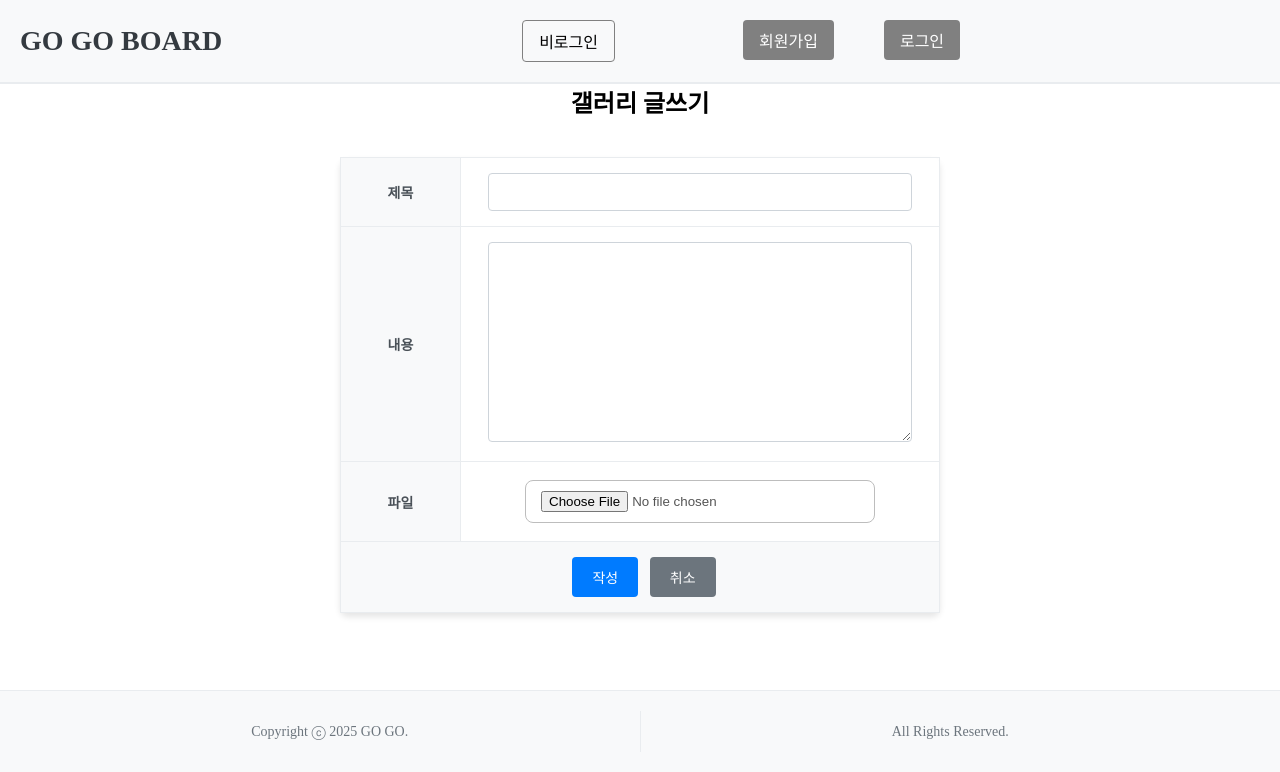
Repository: 1plus1equals3-true/Board-Project
Page: http://localhost/jsp/board/write_gallery.jsp
The author's editor kept a copy of each file at every save. The page is drawn from the files as they stood at one save, then again after the next save.
The browser window is 1280 px wide. The pictures show the whole page.
The page is served by Tomcat 9. Other server files are loaded and not shown.

Above is the page before, as saved 2025-09-24 00:41:41.

### jsp/src/main/webapp/board/write_gallery.jsp
<%@ page language="java" contentType="text/html; charset=UTF-8"
    pageEncoding="UTF-8"%>
<!DOCTYPE html>
<html>
<head>
<meta charset="UTF-8">
<title>갤러리 글쓰기</title>
<style>
*{
	margin: 0 auto;
	padding: 0;
	text-align: center;
	box-sizing: border-box;
}
.write-form table {
    width: 100%;
    border-collapse: collapse;
    font-size: 14px;
    margin: 20px auto;
    max-width: 600px;
    background-color: #fff;
    border: 1px solid #dee2e6;
    border-radius: 8px;
    box-shadow: 0 4px 6px rgba(0, 0, 0, 0.1);
}

.write-form td {
    padding: 15px;
    border: 1px solid #e9ecef;
}

.write-form td:first-child {
    background-color: #f8f9fa;
    font-weight: bold;
    color: #495057;
    text-align: center;
    width: 120px;
}

.write-form input[type="text"],
.write-form textarea {
    width: calc(100% - 24px);
    padding: 10px 12px;
    border: 1px solid #ced4da;
    border-radius: 4px;
    font-size: 14px;
    box-sizing: border-box;
    text-align: left;
}

.write-form textarea {
    height: 200px;
    resize: vertical;
}

.write-form .button-container {
    text-align: right;
}

.write-form input[type="submit"],
.write-form .btn-cancel {
    padding: 10px 20px;
    border: none;
    border-radius: 4px;
    font-size: 14px;
    cursor: pointer;
    transition: background-color 0.3s ease;
    margin-left: 8px;
}

.write-form input[type="submit"] {
    background-color: #007bff;
    color: white;
}

.write-form input[type="submit"]:hover {
    background-color: #0056b3;
}

.write-form .btn-cancel {
    background-color: #6c757d;
    color: white;
}

.write-form .btn-cancel:hover {
    background-color: #5a6268;
}

/* a 태그 안에 button을 넣었을 때 스타일 */
.write-form a {
    text-decoration: none;
}
/* 전체 컨테이너 (div) 스타일 */
.file-container {
  /* 세로 정렬(column) 대신 가로 정렬(row)로 변경 */
  display: flex;
  flex-direction: row;
  align-items: center; /* 세로 중앙 정렬 */
  gap: 5px; /* 요소들 사이의 간격 */

  /* 나머지 디자인 스타일은 그대로 유지 */
  padding: 3px;
  border-radius: 12px;
  background-color: white;
}

/* 파일 입력 필드 스타일 */
.file-container input[type="file"] {
  /* 너비가 너무 넓어지지 않도록 조정 */
  width: 100%;
  max-width: 350px; /* 적절한 너비로 조정하세요 */
  font-family: Arial, sans-serif;
  color: #555;
  border: 1px solid #BDBDBD;
  border-radius: 8px;
  padding: 10px 15px;
}

/* 버튼 스타일 */
.file-container button {
  padding: 10px 18px;
  font-family: Arial, sans-serif;
  font-size: 14px;
  color: #555;
  background-color: #E0E0E0;
  border: none;
  border-radius: 8px;
  cursor: pointer;
  transition: background-color 0.3s ease;
  width: fit-content;
}

/* 호버 효과 */
.file-container button:hover {
  background-color: #BDBDBD;
}
</style>
</head>
<body>
<%@ include file="op_top.jsp" %>
<section class="min-height">
<h1>갤러리 글쓰기</h1><br>
<form action="../board_proc/write_gallery_proc.jsp" method="post" enctype="multipart/form-data" class="write-form">
	<table>

		<tr>
			<td>제목</td>
			<td><input type="text" name="writetitle"></td>
		</tr>

		<tr>
			<td>내용</td>
			<td>
				<textarea class="text" name="writetext"></textarea>
			</td>
		</tr>

		<tr>
			<td>파일</td>
			<td>

				<div id="file_container_0" class="file-container">
					<input type="file" name="upfile_0" id="upfile_0" accept=".gif, .jpg, .png">
				</div>

			</td>
		</tr>

		<tr>
			<td colspan="2">
				<input type="submit" value="작성">
				<button type="button" class="btn-cancel" onclick="history.back()">취소</button>
			</td>
		</tr>

	</table>
</form>
</section>
<%@ include file="op_bot.jsp" %>


<script>
document.addEventListener('DOMContentLoaded', () => {
    const fileArea = document.querySelector('.write-form tbody tr:nth-child(3) td:nth-child(2)');
    let fileIndex = 0;
    const file_limit = 10 +1; // 파일 업로드 제한 수

    // 초기 파일 입력 필드에 이벤트 리스너를 즉시 연결
    addEventListenersToFileInput(document.getElementById('upfile_0'));

    // 파일 입력 필드에 이벤트 리스너를 추가하는 함수
    function addEventListenersToFileInput(inputElement) {
        inputElement.addEventListener('change', handleFileChange);
    }

    // 파일 변경 이벤트 핸들러
    function handleFileChange(event) {
        const currentInput = event.target;
        const container = currentInput.closest('.file-container');
        const allInputs = fileArea.querySelectorAll('input[type="file"]');

        if (!container) return;

        // 현재 파일의 개수 확인
        if (currentInput.files.length > 0) {
            // 전체 파일 입력 필드의 개수가 n개 이상이면
            if (allInputs.length >= file_limit) {
                // 경고창을 띄우고
                alert('더 이상 파일을 업로드할 수 없습니다. (최대 '+(file_limit-1)+'개)');
                // 현재 선택한 파일의 값을 비운 뒤 함수 종료
                currentInput.value = '';
                return;
            }
        }

        // 기존의 취소 버튼 제거
        const existingCancelButton = container.querySelector('.cancel-button');
        if (existingCancelButton) {
            existingCancelButton.remove();
        }

        if (currentInput.files.length > 0) {
            // 파일이 선택되었을 때만 취소 버튼 생성 및 추가
            addCancelButton(container);

            // 현재 입력 필드가 마지막 필드일 때만 새로운 필드를 추가
            const isLastInput = currentInput === allInputs[allInputs.length - 1];

            if (isLastInput) {
                addNewFileInput();
            }
        }
    }

    // 취소 버튼을 생성하고 추가하는 함수
    function addCancelButton(container) {
        const newCancelButton = document.createElement('button');
        newCancelButton.type = 'button';
        newCancelButton.className = 'cancel-button';
        newCancelButton.textContent = '취소';

        newCancelButton.addEventListener('click', () => {
            // 현재 컨테이너(파일 입력 필드와 취소 버튼)만 제거합니다.
            container.remove();

            // 파일 입력 필드가 하나도 없으면 초기 필드 다시 생성
            if (!fileArea.querySelector('.file-container')) {
                fileIndex = 0;
                addNewFileInput(true); // isInitial true로 설정
            }
        });

        container.appendChild(newCancelButton);
    }

    // 새로운 파일 입력 필드를 추가하는 함수
    function addNewFileInput(isInitial = false) {
        const allInputs = fileArea.querySelectorAll('input[type="file"]');
        if (allInputs.length >= file_limit) {
            // 이미 n개 이상의 파일 입력 필드가 있다면 더 이상 추가하지 않음
            return;
        }

        if (!isInitial) {
            fileIndex++;
        }

        const newContainer = document.createElement('div');
        newContainer.id = `file_container_\${fileIndex}`;
        newContainer.className = 'file-container';

        const newInput = document.createElement('input');
        newInput.type = 'file';
        newInput.name = `upfile_\${fileIndex}`;
        newInput.id = `upfile_\${fileIndex}`;
        newInput.accept = '.gif, .jpg, .png';

        newContainer.appendChild(newInput);
        fileArea.appendChild(newContainer);

        // 새로운 필드에 이벤트 리스너 연결
        addEventListenersToFileInput(newInput);
    }
});
</script>

</body>
</html>

### jsp/src/main/webapp/board/op_top.jsp
<%@ page language="java" contentType="text/html; charset=UTF-8"
    pageEncoding="UTF-8"%>
<%@ page import="java.sql.*" %>
<%@ page import="lib.DB" %>
<%
String login_id = "";
login_id = (String)session.getAttribute("ss_check");
String login_idx = "";
String login_name = "";
String login_upfile = "";
int login_rank = -1;

if(login_id == null || login_id.equals("") || login_id.equals("null")) {
}else {
	String sqll = null;
	Connection connl =null;
	PreparedStatement psl = null;
	ResultSet rsl = null;

	try {

		connl = DB.getConnection();

		sqll = "SELECT * FROM member WHERE uid=?";
		psl = connl.prepareStatement(sqll);
		psl.setString(1, login_id);

		rsl = psl.executeQuery();
		rsl.next();

		login_idx = rsl.getString("idx");
		login_name = rsl.getString("name");
		login_upfile = rsl.getString("upfile");
		login_rank = rsl.getInt("member_rank");

	}catch (Exception e) {
		out.println(e.toString());
		out.println(sqll);
	}
}

if (login_rank == 0) {
	%> <script type="text/javascript">
		alert("비활성화된 회원입니다.");
		location.replace("../member/Login.jsp")
	</script> <%
	session.removeAttribute("ss_check");
	return;
}

%>

<style>
.min-height {
	min-height: 80vh;
}
*{
	margin: 0 auto;
	padding: 0;
	text-align: center;
	box-sizing: border-box;
}
.board-header {
    background-color: #f8f9fa;
    border-bottom: 2px solid #e9ecef;
    padding: 20px;
    display: flex;
    justify-content: space-between;
    align-items: center;
    width: 100%;
    min-height: 10vh;
    margin: 0 auto;
}

.board-header h1 {
    font-size: 28px;
    color: #343a40;
    margin: 0;
    font-weight: bold;
    text-align: left;
}

.board-header h1 a {
	font-size: 28px;
    color: #343a40;
    margin: 0;
    font-weight: bold;
    text-decoration: none;
}

.board-header nav ul {
    list-style: none;
    padding: 0;
    margin: 0;
    display: flex;
    gap: 50px;
    text-align: right;
}

.board-header nav li a {
    text-decoration: none;
    /*color: #495057;*/
    font-size: 16px;
    font-weight: 500;
    transition: color 0.3s ease;
}

header img {
	width: 40px;
    height: 40px;
    border-radius: 4px;
    border: 1px solid #ced4da;
}

.logout-btn {
    display: inline-block;
    padding: 8px 16px;
    border: none;
    border-radius: 4px;
    background-color: gray;
    color: white;
    cursor: pointer;
    text-decoration: none;
    transition: background-color 0.3s ease;
}
.logout-btn:hover {
    background-color: #dc3545;
}

.mypage-btn {
    display: inline-block;
    padding: 8px 16px;
    border: none;
    border-radius: 4px;
    background-color: gray;
    color: white;
    cursor: pointer;
    text-decoration: none;
    transition: background-color 0.3s ease;
}
.mypage-btn:hover {
    background-color: #007bff;
}

.user-info {
    display: inline-block;
    padding: 8px 16px;
    border: 1px solid gray;
    border-radius: 4px;
    color: black;
    font-size: 16px;
    font-weight: 500;
    transition: background-color 0.3s ease;
}


</style>
<% if(login_id == null || login_id.equals("") || login_id.equals("null")) { %>
<header class="board-header">
    <h1><a href="../board_proc/main_proc.jsp">GO GO BOARD</a></h1>
    <nav>
        <ul>
            <li><span class="user-info">비로그인</span></li>
            <li> &nbsp; &nbsp; &nbsp; &nbsp; </li>
            <li><a href="../member/Join.jsp" class="mypage-btn">회원가입</a></li>
            <li><a href="../member/Login.jsp" class="mypage-btn">로그인</a></li>
        </ul>
    </nav>
</header>
<% }else { %>
<header class="board-header">
    <h1><a href="../board_proc/main_proc.jsp">GO GO BOARD</a></h1>
    <nav>
        <ul>
            <li><span class="user-info">이름 : <%= login_name %></span></li>
            <% if (login_upfile == null || login_upfile.equals("")) { %>
            	<li> &nbsp; &nbsp; &nbsp; &nbsp; </li>
            <% }else { %>
            	<li><img alt="X" src="../member/Download.jsp?uid=<%= login_id %>"></li>
            <% } %>
            <li><a href="../member/View.jsp?uid=<%= login_id %>" class="mypage-btn">마이페이지</a></li>
            <li><a href="../member/Logout.jsp" class="logout-btn">로그아웃</a></li>
        </ul>
    </nav>
</header>
<% } %>

### jsp/src/main/webapp/board/op_bot.jsp
<%@ page language="java" contentType="text/html; charset=UTF-8"
    pageEncoding="UTF-8"%>
<style>
.board-footer {
    background-color: #f8f9fa;
    border-top: 1px solid #e9ecef;
    padding: 20px;
    margin-top: 30px;
    display: flex;
    justify-content: space-around;
    align-items: flex-start;
    width: 100%;
    min-height: 10vh;
    margin-left: auto;
    margin-right: auto;
}

.board-footer > div {
    flex: 1;
    padding: 10px;
    text-align: center;
    color: #6c757d;
    font-size: 14px;
    line-height: 1.5;
}

.board-footer > div:not(:last-child) {
    border-right: 1px solid #e9ecef;
}
</style>
<footer class="board-footer">
    <div>Copyright ⓒ 2025 GO GO.</div>
    <div>All Rights Reserved.</div>
</footer>

### jsp/src/main/webapp/include/side_nav.jsp
<%@ page language="java" contentType="text/html; charset=UTF-8" pageEncoding="UTF-8"%>
<style>
.side-nav {
  /* fixed 속성으로 뷰포트에 바로 고정 */
  position: fixed;
  /* 뷰포트 상단에서 20px 떨어진 곳에 고정 */
  top: 100px;
  /* 뷰포트 왼쪽에서 20px 떨어진 곳에 고정 */
  left: 10px;
  width: 80px;
  height: fit-content;
  border: 1px solid #ccc;
  padding: 10px;
  background-color: #f9f9f9;
  z-index: 10;
}

.side-nav h6 {
  margin-top: 0;
}

.side-nav h4 {
  margin-top: 0;
  margin-bottom: 10px;
}

.side-nav ul {
  list-style-type: none;
  margin: 0;
  padding: 0;
}

.side-nav li {
  padding: 5px 0;
}
.side-nav a {
	color: black;
	text-decoration: none;
}
.side-nav a:hover {
	color: blue;
}
</style>

<div class="side-nav">
	<h4>게시판</h4>
	<ul>
		<li><h6><a href="../board/list_notice.jsp">공지사항</a></h6></li>
		<li><h6><a href="../board/list_member.jsp">회원 게시판</a></h6></li>
		<li><h6><a href="../board/list_anonymity.jsp">익명 게시판</a></h6></li>
		<li><h6><a href="../board/list_gallery.jsp">갤러리</a></h6></li>
	</ul>
</div>

<script>
    const draggableDiv = document.querySelector('.side-nav');
    let isDragging = false;
    let offsetX, offsetY;

    // 1. 페이지 로드 시 저장된 위치를 불러와 적용
    document.addEventListener('DOMContentLoaded', () => {
        // sessionStorage에서 위치 값 가져오기
        const savedTop = sessionStorage.getItem('sideNavTop');
        const savedLeft = sessionStorage.getItem('sideNavLeft');

        if (savedTop && savedLeft) {
            draggableDiv.style.top = savedTop + 'px';
            draggableDiv.style.left = savedLeft + 'px';
        }
    });

    // 2. 마우스를 누른 순간 (mousedown)
    draggableDiv.addEventListener('mousedown', (e) => {
        isDragging = true;
        offsetX = e.clientX - draggableDiv.getBoundingClientRect().left;
        offsetY = e.clientY - draggableDiv.getBoundingClientRect().top;

        document.body.style.userSelect = 'none';
        draggableDiv.style.zIndex = '9999';
    });

    // 3. 마우스가 이동 중일 때 (mousemove)
    document.addEventListener('mousemove', (e) => {
        if (!isDragging) return;

        let newX = e.clientX - offsetX;
        let newY = e.clientY - offsetY;

        // 뷰포트 경계를 넘지 않도록 위치 제한
        const maxX = window.innerWidth - draggableDiv.offsetWidth;
        const maxY = window.innerHeight - draggableDiv.offsetHeight;
        newX = Math.max(0, Math.min(newX, maxX));
        newY = Math.max(0, Math.min(newY, maxY));

        draggableDiv.style.left = newX + 'px';
        draggableDiv.style.top = newY + 'px';
    });

    // 4. 마우스를 떼는 순간 (mouseup)
    document.addEventListener('mouseup', () => {
        isDragging = false;
        document.body.style.userSelect = '';
        draggableDiv.style.zIndex = '10';

        // 마지막으로 이동된 위치를 sessionStorage에 저장
        sessionStorage.setItem('sideNavTop', parseInt(draggableDiv.style.top));
        sessionStorage.setItem('sideNavLeft', parseInt(draggableDiv.style.left));
    });
</script>

After the next save:
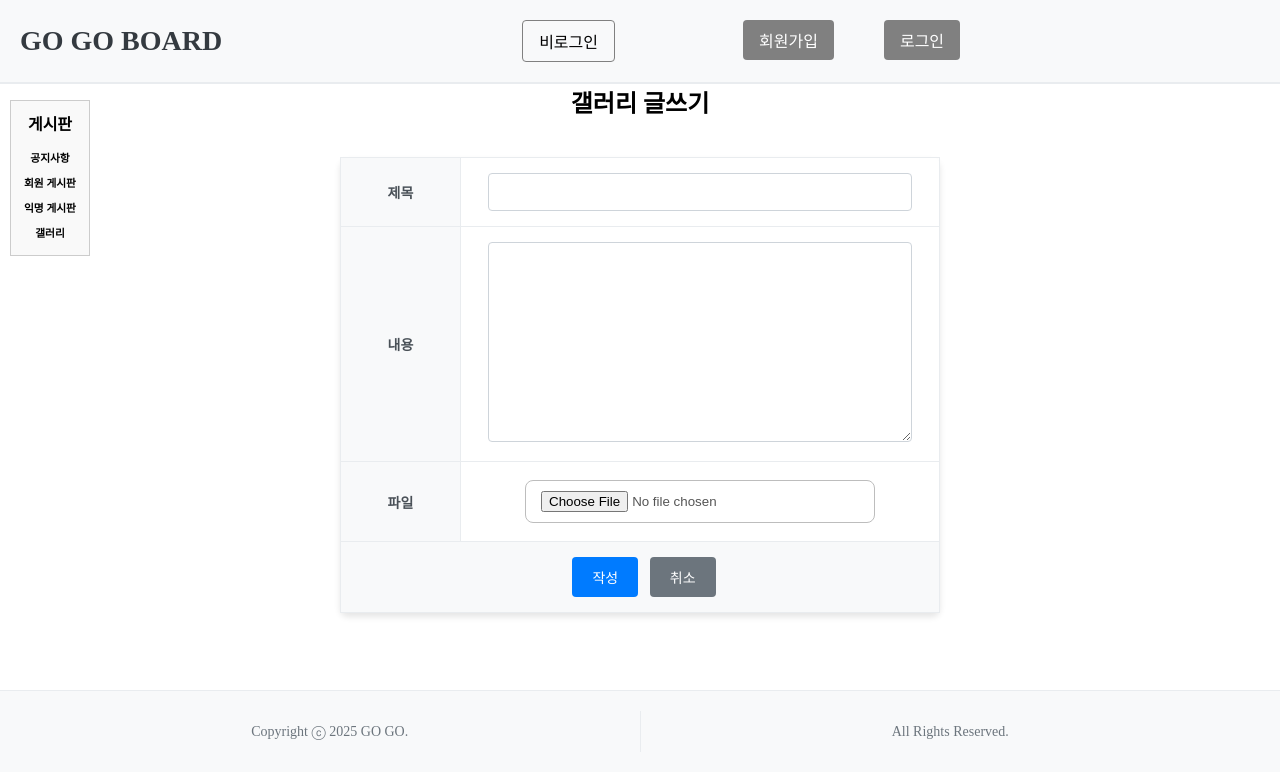
Saved 12 s later.
--- a/jsp/src/main/webapp/board/write_gallery.jsp
+++ b/jsp/src/main/webapp/board/write_gallery.jsp
@@ -138,6 +138,7 @@
 </head>
 <body>
 <%@ include file="op_top.jsp" %>
+<%@ include file="../include/side_nav.jsp" %>
 <section class="min-height">
 <h1>갤러리 글쓰기</h1><br>
 <form action="../board_proc/write_gallery_proc.jsp" method="post" enctype="multipart/form-data" class="write-form">
